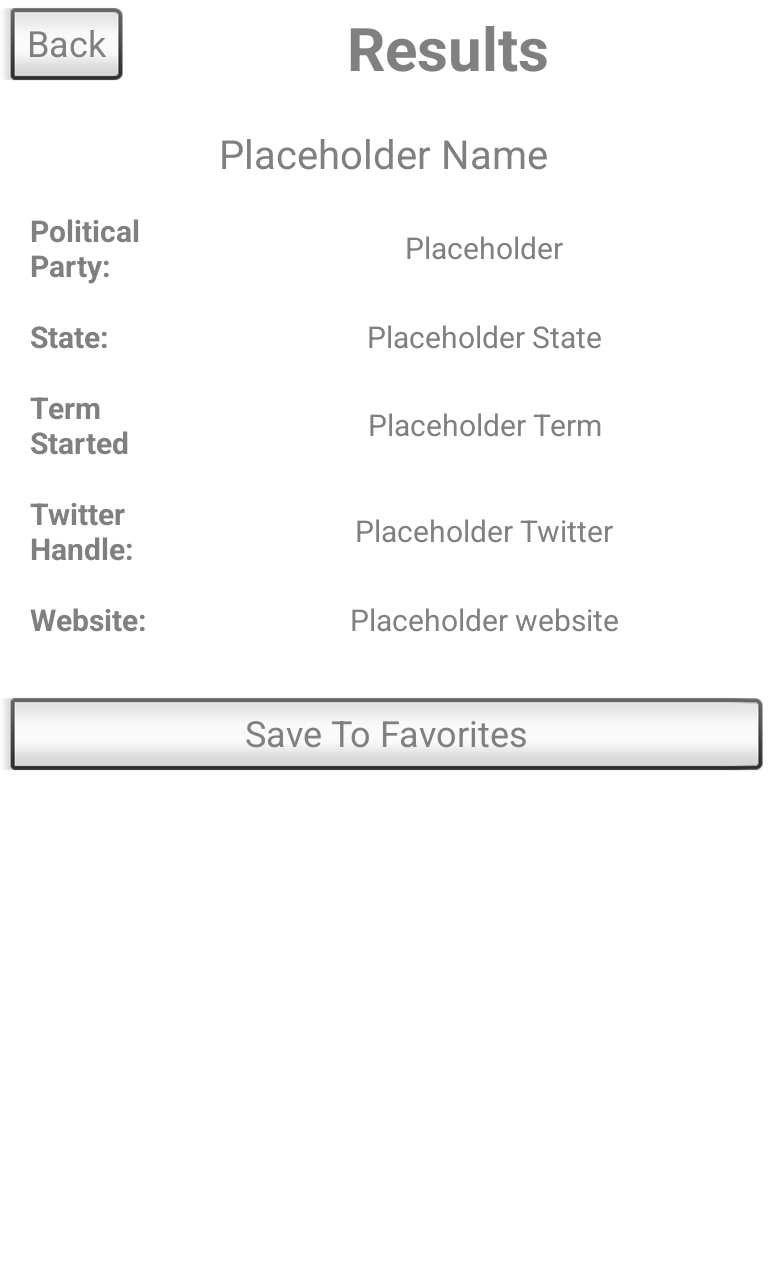
Repository: scottcaruso/Java_I_1307_Week4
Layout: myGov/res/layout/politician_display.xml
The author's editor kept a copy of each file at every save. The layout is drawn from the files as they stood at one save, then again after the next save.
It is drawn on a 768 x 1280 px phone screen (xhdpi) without system bars, with theme AppTheme; the app's code is not run.

Above is the layout before, as saved 2013-08-01 22:28:50.

After the next save:
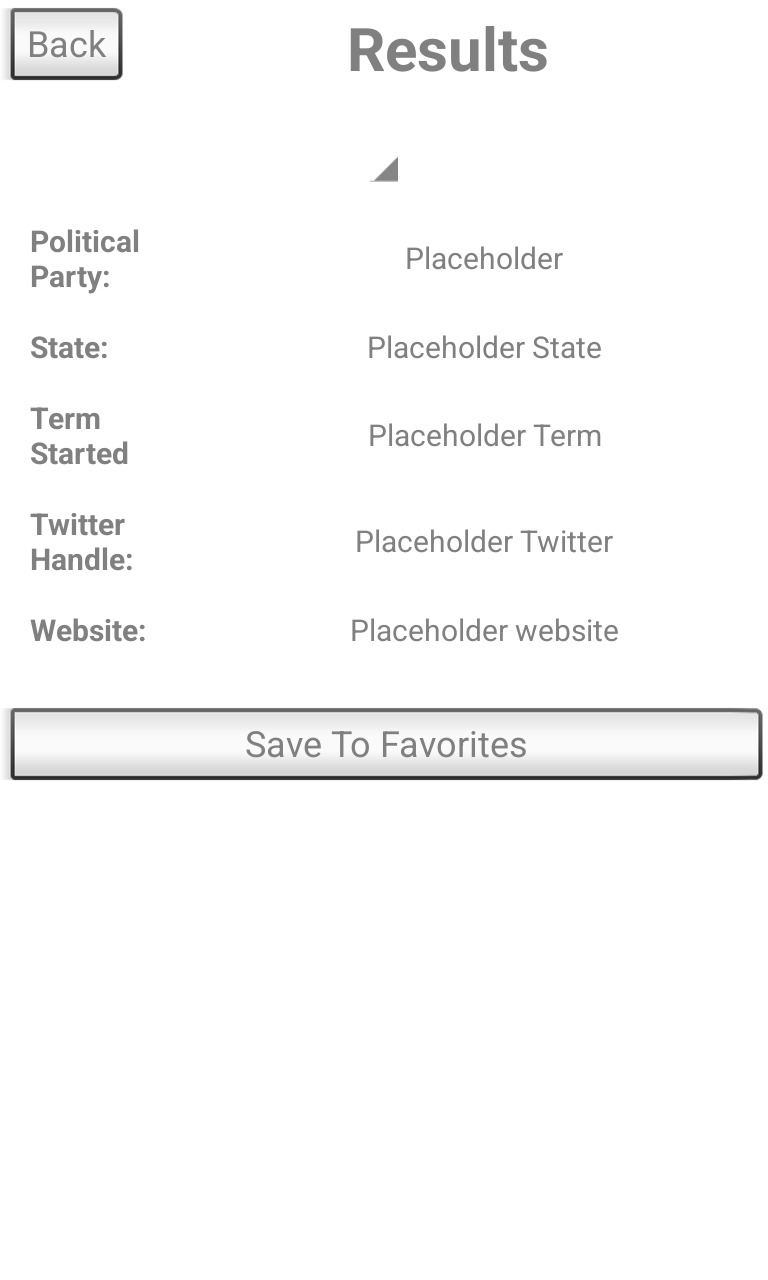
Saved 97 s later.
--- a/myGov/res/layout/politician_display.xml
+++ b/myGov/res/layout/politician_display.xml
@@ -28,7 +28,7 @@
 
     </LinearLayout>
 
-        <TextView
+        <Spinner
             android:id="@+id/politicianName"
             android:layout_width="wrap_content"
             android:layout_height="wrap_content"
